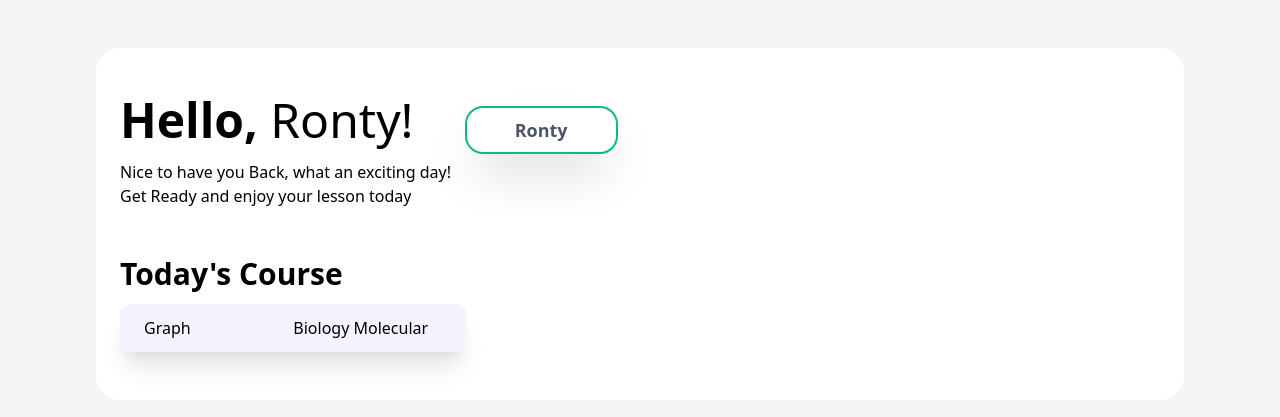
Repository: coolronts/Vite-Tailwind
Page: /
The author's editor kept a copy of each file at every save. The page is drawn from the files as they stood at one save, then again after the next save.
The browser window is 1280 px wide. The pictures show the whole page.
The project was rebuilt for these pictures with package versions that can differ from the ones it lists, and the page was loaded fresh each time. Also part of the build but not shown: vite.config.js.

Above is the page before, as saved 2021-11-26 07:29:17.

### src/App.jsx
import './App.css'

import {Course, Intro} from './Section'
import { PrimaryButton, SecondaryButton } from './components/Button'

import {PrimaryCard} from './components/Card'
import SplitScreen from './components/SplitScreen'
import { useState } from 'react'

function App() {

  return (
    <div className="App bg-white my-12 mx-24 rounded-3xl px-6 py-12">
      <SplitScreen leftWeight = 'w-1/3'>
        <div id="left">
          <Intro/>
          <div id="course">
            <p className="text-3xl font-bold  font-sans mb-3">Today's Course</p>
            <PrimaryCard>
              <Course/>
            </PrimaryCard>
          </div>

        </div>

        <div id="right">
          <SecondaryButton name="Ronty"/>
        </div>


      </SplitScreen>
    </div>
  )
}

export default App

### src/Section/index.js
import Course from "./Course";
import Intro from "./Intro";

export { Intro, Course };

### src/components/Button/index.jsx
import React from 'react'

export const PrimaryButton = ({name}) =>{
  return (
    <button className="bg-green-500 px-12 py-2 ring-2 ring-green-500 text-white text-lg font-semibold shadow-2xl rounded-2xl mt-3">
      {name}
    </button>
  )
}

export const SecondaryButton = ({name}) =>{
  return (
    <button className="bg-white px-12 py-2 ring-2 ring-green-500 text-gray-600 text-lg font-semibold shadow-2xl rounded-2xl mt-3">
      {name}
    </button>
  )
}

### src/components/Card/index.jsx
import React from 'react'

export const PrimaryCard =({children})=> {
  return (
    <div className="bg-purple-50 py-3 px-6  rounded-xl shadow-xl">
      {children}
    </div>
  )
}

### src/components/SplitScreen/index.jsx
import PropTypes from 'prop-types'
import React from "react"
import tw from "tailwind-styled-components"

const Container = tw.div`${(props) => props.weight}`;

const Pane = tw.div`${(props) => props.weight}`;

const SplitScreen = ({
	children,
	containerWeight = 'flex w-full',
  leftWeight = 'w-1/2',
	rightWeight = 'w-1/2',
}) => {
	const [left, right] = children;
	return (
		<Container className={containerWeight}>
			<Pane className={leftWeight}>
				{left}
			</Pane>
			<Pane className={rightWeight}>
				{right}
			</Pane>
		</Container>
	);
}

export default SplitScreen

SplitScreen.propTypes = {
	children: PropTypes.arrayOf(PropTypes.node).isRequired,
	containerWeight: PropTypes.string,
	leftWeight: PropTypes.string,
	rightWeight: PropTypes.string,
}

### src/Section/Course/index.jsx
import React from 'react'
import SplitScreen from '../../components/SplitScreen'

export default function Course() {
  return (
    <SplitScreen>
      <div id="left">
        Graph
      </div>
      <div id="right">
        <h4>Biology Molecular</h4>
      </div>
    </SplitScreen>
  )
}

### src/Section/Intro/index.jsx
import React from 'react'

export default function Intro({name}) {
  return (
    <div className="mb-12">
      <h3 className="text-5xl font-sans font-bold mb-4">Hello, <span className="font-light">Ronty!</span> </h3>
      <div className="font-semibold tracking-wide text-gray-500">

      </div>
      <h5>Nice to have you Back, what an exciting day!</h5>
      <h5>Get Ready and enjoy your lesson today</h5>
    </div>
  )
}

Loaded but not shown: index.html (common file); src/main.jsx (common file); src/index.css (common file); src/App.css (common file); tailwind.config.js (common file)

After the next save:
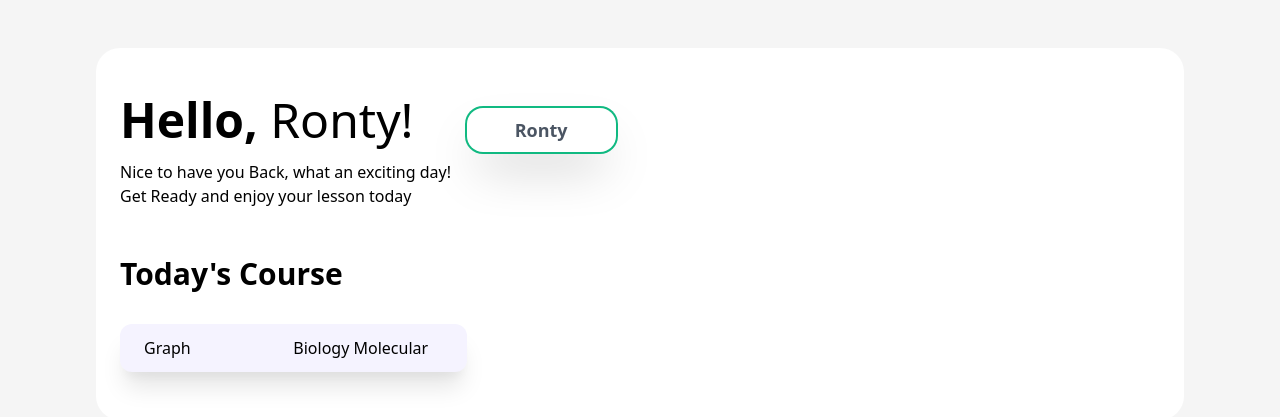
Saved 4 s later.
--- a/src/App.jsx
+++ b/src/App.jsx
@@ -15,7 +15,7 @@ function App() {
         <div id="left">
           <Intro/>
           <div id="course">
-            <p className="text-3xl font-bold  font-sans mb-3">Today's Course</p>
+            <p className="text-3xl font-bold  font-sans mb-8">Today's Course</p>
             <PrimaryCard>
               <Course/>
             </PrimaryCard>
